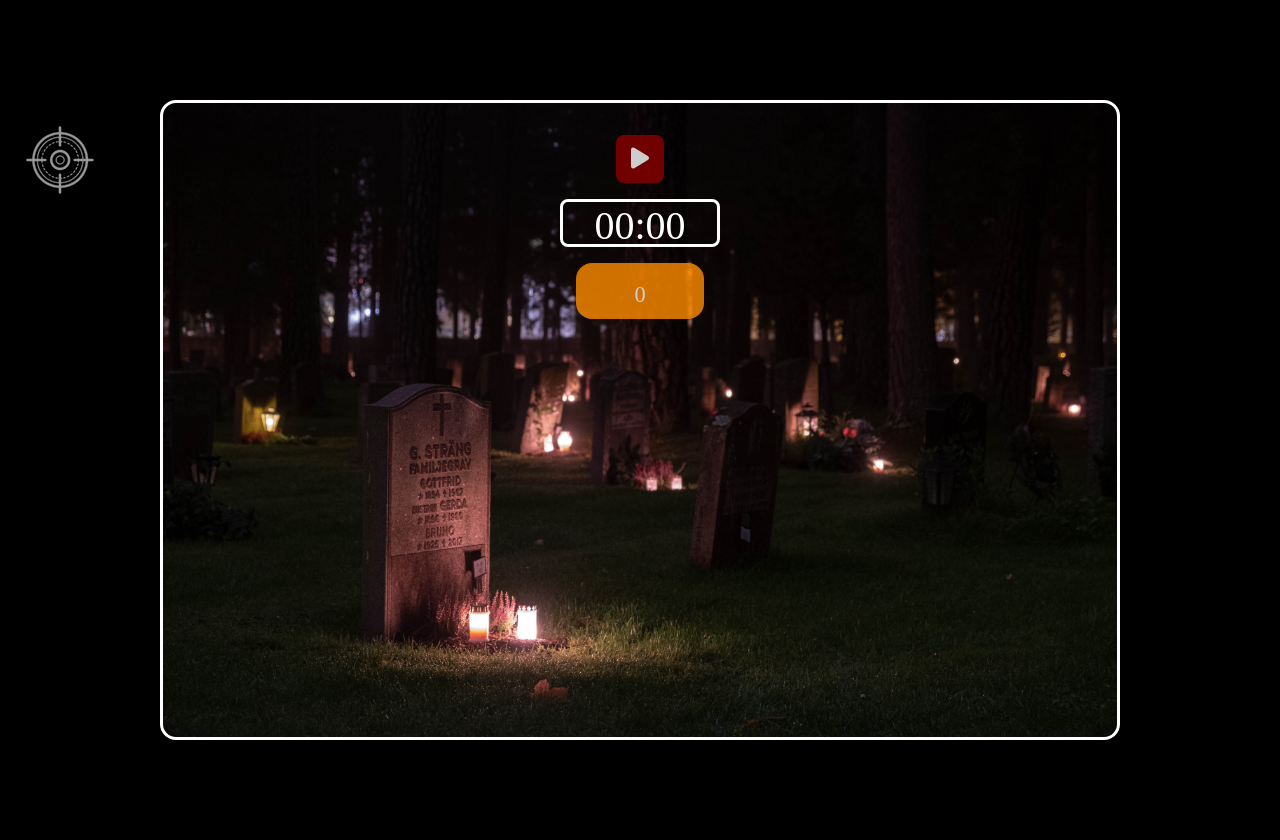
Repository: MrJinkyu/ZombieGame
Page: index.html
The author's editor kept a copy of each file at every save. The page is drawn from the files as they stood at one save, then again after the next save.
The browser window is 1280 px wide. The pictures show the whole page.
Some web libraries are served in a nearby version.

Above is the page before, as saved 2023-04-09 15:59:58.

After the next save:
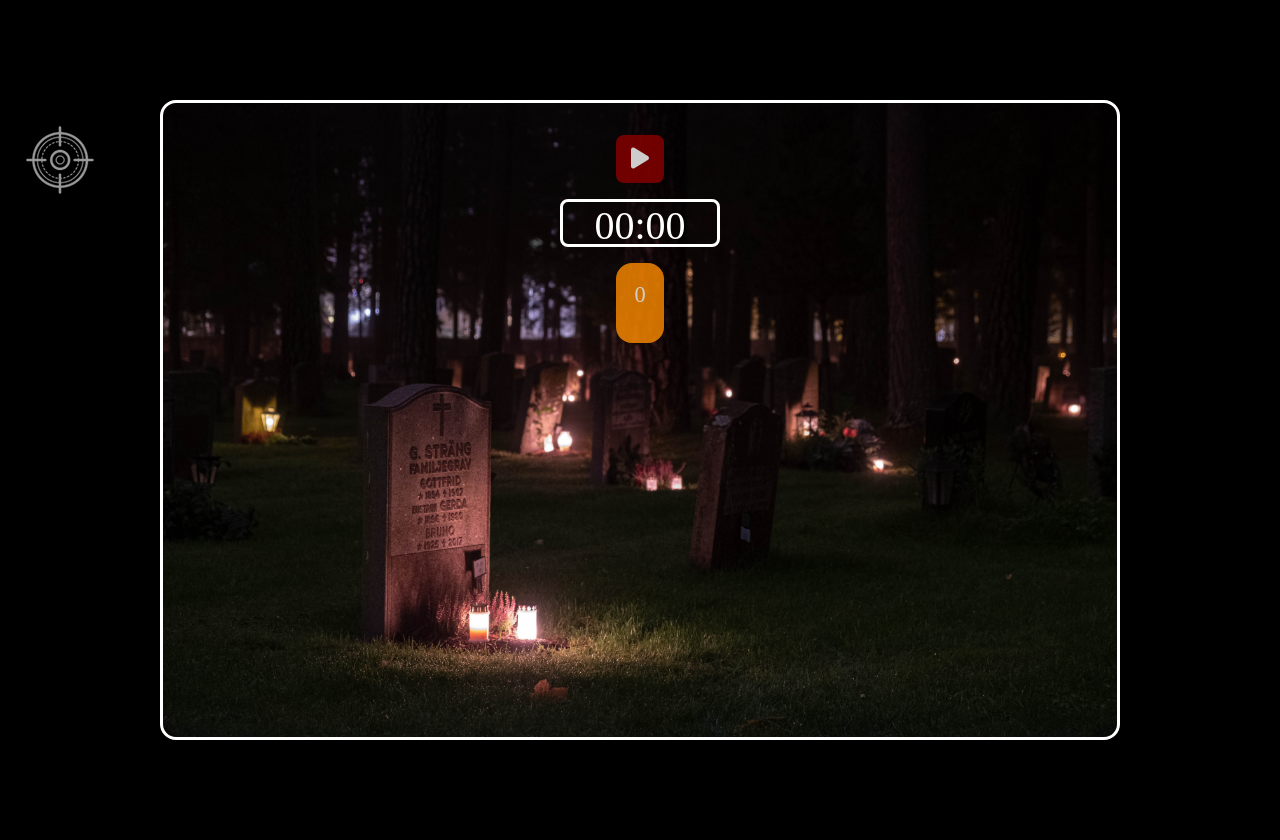
Saved 15 s later.
--- a/style.css
+++ b/style.css
@@ -64,8 +64,8 @@ body{
 
 .game__score{
     margin-top: 1rem;
-    width: 8rem;
-    height: 3.5rem;
+    width: 3rem;
+    height: 5rem;
     font-size: 1.4rem;
     line-height: 4rem;
     border-radius: 1rem;
